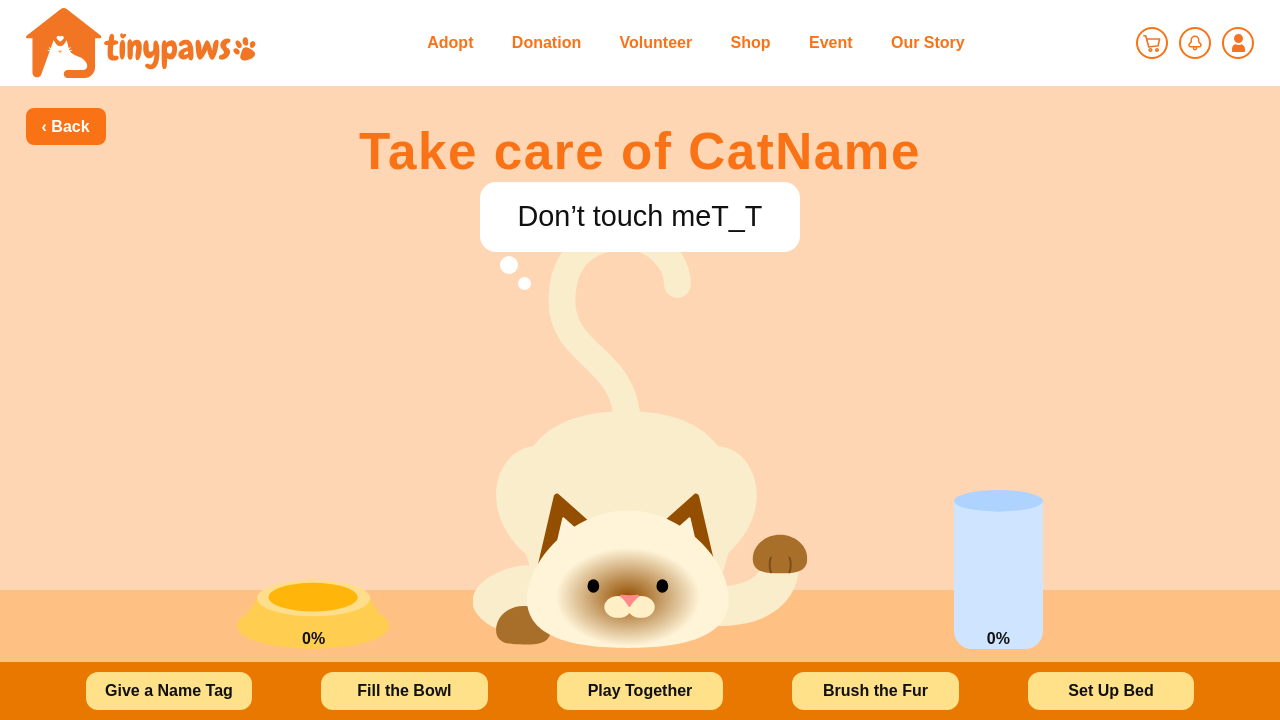
Repository: LShuyanLi/TinyPaws
Page: /, after clicking the first element matching `div > div`
These files come from the project's save history. The page is drawn as it stood at one moment and after the next save; the edit follows.
The browser window is 1280 px wide. The pictures show the whole page.
The project was rebuilt for these pictures with package versions that can differ from the ones it lists, and the page was loaded fresh each time. The framework's server and built-in components were replaced by stand-ins that run in the browser. Also part of the build but not shown: next.config.mjs.

Above is the page before, as saved 2026-05-09 23:34:46.

### app/layout.js
import { Geist, Geist_Mono } from "next/font/google";
import "./globals.css";

const geistSans = Geist({
  variable: "--font-geist-sans",
  subsets: ["latin"],
});

const geistMono = Geist_Mono({
  variable: "--font-geist-mono",
  subsets: ["latin"],
});

export const metadata = {
  title: "Create Next App",
  description: "Generated by create next app",
};

export default function RootLayout({ children }) {
  return (
    <html lang="en" className={`${geistSans.variable} ${geistMono.variable}`}>
      <body>{children}</body>
    </html>
  );
}

### app/page.js
"use client";

import { useState } from "react";

import Header from "@/components/shared/Header";
import ChooseScreen from "@/components/shuyan/ChooseScreen";
import PlayScreen from "@/components/shuyan/PlayScreen";



export default function Home() {
  const [screen, setScreen] = useState("choose");
  const [selectedCat, setSelectedCat] = useState(null);

  function goToChoose() {
    setScreen("choose");
  }

  function goToPlay(catImage) {
    setSelectedCat(catImage);
    setScreen("play");
  }

  return (
    <main
      style={{
        width: "100vw",
        height: "100vh",
        margin: 0,
        overflow: "hidden",
        fontFamily: "Arial, Helvetica, sans-serif",
        backgroundColor: "#ffd6b3",
      }}
    >
      <Header />

      {screen === "choose" && (
        <ChooseScreen goToPlay={goToPlay} />
      )}

      {screen === "play" && (
        <PlayScreen
        goToChoose={goToChoose}
        selectedCat={selectedCat} />
      )}
    </main>
  );
}

### app/globals.css
:root {
  --background: #ffffff;
  --foreground: #171717;
}

@media (prefers-color-scheme: dark) {
  :root {
    --background: #0a0a0a;
    --foreground: #ededed;
  }
}

html {
  height: 100%;
}

html,
body {
  max-width: 100vw;
  overflow-x: hidden;
}

body {
  min-height: 100%;
  display: flex;
  flex-direction: column;
  color: var(--foreground);
  background: var(--background);
  font-family: Arial, Helvetica, sans-serif;
  -webkit-font-smoothing: antialiased;
  -moz-osx-font-smoothing: grayscale;
}

* {
  box-sizing: border-box;
  padding: 0;
  margin: 0;
}

a {
  color: inherit;
  text-decoration: none;
}

@media (prefers-color-scheme: dark) {
  html {
    color-scheme: dark;
  }
}

### components/shared/Header.jsx
// Displays the decorative top navigation area with the logo, nav menu, and icons.

export default function Header() {
  return (
    <header
      style={{
        width: "100%",
        height: "12vh",
        backgroundColor: "#ffffff",
        display: "flex",
        alignItems: "center",
        justifyContent: "space-between",
        padding: "0 2vw",
        boxSizing: "border-box",
      }}
    >
      <img
        src="/Logo.svg"
        alt="TinyPaws logo"
        style={{
          width: "18vw",
          minWidth: "150px",
          maxWidth: "270px",
          height: "auto",
        }}
      />

      <nav
        style={{
          display: "flex",
          gap: "3vw",
          color: "#f97316",
          fontWeight: "700",
          fontSize: "1rem",
        }}
      >
        <span>Adopt</span>
        <span>Donation</span>
        <span>Volunteer</span>
        <span>Shop</span>
        <span>Event</span>
        <span>Our Story</span>
      </nav>

      <div
        style={{
          display: "flex",
          gap: "0.7rem",
        }}
      >
        <button style={iconButtonStyle}>
         <img src="/chart.svg" style={iconImageStyle} />
        </button>

        <button style={iconButtonStyle}>
          <img src="/bell.svg" style={iconImageStyle} />
        </button>

        <button style={iconButtonStyle}>
         <img src="/user.svg" style={iconImageStyle} />
        </button>
      </div>
    </header>
  );
}

const iconButtonStyle = {
  width: "2rem",
  height: "2rem",
  border: "2px solid #f97316",
  borderRadius: "50%",
  backgroundColor: "#ffffff",
  color: "#f97316",
  cursor: "pointer",
  display: "flex",
  alignItems: "center",
  justifyContent: "center",
};

const iconImageStyle = {
  width: "1.1rem",
  height: "1.1rem",
  objectFit: "contain",
  display: "block",
};

### components/shuyan/ChooseScreen.jsx
import PokeCatBall from "@/components/shuyan/PokeCatBall";

export default function ChooseScreen({ goToPlay }) {

    return (
        <section
        style={{
            position: "relative",
            width: "100%",
            height: "88vh",
            backgroundColor: "#ffd6b3",
        }}
        >

        <h1
            style={{
            margin: 0,
            paddingTop: "5vh",
            textAlign: "center",
            color: "#f97316",
            fontSize: "clamp(2rem, 4vw, 3.3rem)",
            fontWeight: "700",
            letterSpacing: "0.03em",
            }}
        >
            Choose Your New Little Friend
        </h1>

        <div
            style={{
            position: "relative",
            zIndex: 5,
            width: "100%",
            display: "flex",
            justifyContent: "space-around",
            alignItems: "flex-start",
            marginTop: "8vh",
            padding: "0 4vw",
            boxSizing: "border-box",
            }}
        >
            <PokeCatBall
                closeBall="/CloseBall.svg"
                openBall="/OpenBall-1.svg"
                catImage="/cat-1.svg"
                goToPlay={goToPlay} />
            <PokeCatBall
                closeBall="/CloseBall.svg"
                openBall="/OpenBall-2.svg"
                catImage="/cat-2.svg"
                goToPlay={goToPlay} />
            <PokeCatBall
                closeBall="/CloseBall.svg"
                openBall="/OpenBall-3.svg"
                catImage="/cat-3.svg"
                goToPlay={goToPlay} />
        </div>

        <div
            style={{
            position: "absolute",
            left: 0,
            bottom: "7.5vh",
            width: "100%",
            height: "10vh",
            backgroundColor: "#ffc083",
            }}
        />

        <div
            style={{
            position: "absolute",
            left: 0,
            bottom: 0,
            width: "100%",
            height: "7.5vh",
            backgroundColor: "#e97800",
            }}
        />
        </section>
    );
}

### components/shuyan/PlayScreen.jsx
// PlayScreen.jsx: Builds the main cat play screen with the background, cat area, feeding area, tools, bed, and bottom buttons.

import BackButton from "@/components/shuyan/BackButton";
import BottomActionBar from "@/components/shuyan/BottomActionBar";
import CatDisplay from "@/components/shared/CatDisplay";
import FoodBowl from "@/components/Jinwon/FoodBowl";
import WaterBottle from "@/components/Jinwon/WaterBottle";
import CatEmotion from "@/components/Jessica/CatEmotion";

export default function PlayScreen({ goToChoose, selectedCat }) {
  return (
    <section
      style={{
        position: "relative",
        width: "100%",
        height: "88vh",
        backgroundColor: "#ffd6b3",
        overflow: "hidden",
      }}
    >
      <BackButton goToChoose={goToChoose}/>

      <h1
        style={{
          margin: 0,
          paddingTop: "5vh",
          textAlign: "center",
          color: "#f97316",
          fontSize: "clamp(2rem, 4vw, 3.3rem)",
          fontWeight: "700",
          letterSpacing: "0.03em",
          position: "relative",
          zIndex: 5,
        }}
      >
        Take care of CatName
      </h1>

      {/* Light orange ground */}
      <div
        style={{
          position: "absolute",
          left: 0,
          bottom: "8vh",
          width: "100%",
          height: "10vh",
          backgroundColor: "#ffc083",
          zIndex: 1,
        }}
      />

      {/* Main play area */}
      <div
        style={{
          position: "absolute",
          left: "50%",
          bottom: "10vh",
          transform: "translateX(-50%)",
          width: "75vw",
          height: "50vh",
          zIndex: 5,
        }}
      >
        <CatEmotion />
        <FoodBowl />
        <CatDisplay selectedCat={selectedCat}/>
        <WaterBottle />
      </div>

      <BottomActionBar />
    </section>
  );
}

### components/shuyan/PokeCatBall.jsx
"use client";
// Displays one selectable pokeCAT ball and shows its cat preview on hover.

import { useState } from "react";

export default function PokeCatBall({ closeBall, openBall, goToPlay, catImage }) {

    const [isHover, setIsHover] = useState(false);

    function pokecatBall() {
        if (!isHover) {
            return closeBall;
        } else {
            return openBall;
        }
    }

    return (
        <div
            onClick={() => goToPlay(catImage)}
            onMouseEnter={() => setIsHover(true)}
            onMouseLeave={() => setIsHover(false)}
            style={{
                width: "24vw",
                maxWidth: "380px",
                minWidth: "230px",
                height: "50vh",
                display: "flex",
                alignItems: "flex-start",
                justifyContent: "center",
                cursor: "pointer"
            }}
        >
        <img
            src={pokecatBall()}
            style={{
            width: "90%",
            objectFit: "contain",
            display: "block",
            }}
        />
        </div>
    );
}

### components/shuyan/BackButton.jsx
// Displays the back button and returns the user to the cat selection screen.


export default function BackButton({ goToChoose }) {
  return (
    <button
        onClick={goToChoose}
        style={{
            position: "absolute",
            top: "3vh",
            left: "2vw",
            backgroundColor: "#f97316",
            color: "#ffffff",
            border: "none",
            borderRadius: "8px",
            padding: "0.6rem 1rem",
            fontSize: "1rem",
            fontWeight: "600",
            cursor: "pointer",
            zIndex: 10,
      }}
    >
      ‹ Back
    </button>
  );
}

### components/shuyan/BottomActionBar.jsx
"use client";

// BottomActionBar.jsx: Displays the bottom interaction buttons and shows each hover bubble.

import { useState } from "react";

export default function BottomActionBar( {
  activeButton,
  setActiveButton,
  setSelectedBed, //these three are for the bed feature
  ballSpeed,
  setBallSpeed, //these two are for the play ball feature
  featherActive,
  setFeatherActive,
}) {
  return (
    <div
      style={{
        position: "absolute",
        left: 0,
        bottom: 0,
        width: "100%",
        height: "8vh",
        backgroundColor: "#e97800",
        display: "flex",
        alignItems: "center",
        justifyContent: "space-around",
        padding: "0 4vw",
        boxSizing: "border-box",
        zIndex: 20,
      }}
    >
      {/* Name button - Elina can connect this to NameTag modal later */}
      <div style={{ position: "relative" }}>
        <button style={buttonStyle}>Give a Name Tag</button>
      </div>

      {/* Feed button - Jinwon */}
      <div
        onMouseEnter={() => setActiveButton("feed")}
        onMouseLeave={() => setActiveButton(null)}
        style={{ position: "relative" }}
      >
        {activeButton === "feed" && (
          <div style={bubbleStyle}>
            <img src="/bubble-3.svg" style={bubbleBackgroundStyle} />

            {/* dry food option - Jinwon can add onClick here */}
            <img
              src="/dryfood.svg"
              style={{
                position: "absolute",
                top: "8%",
                left: "50%",
                transform: "translateX(-50%)",
                width: "45%",
                height: "auto",
                cursor: "pointer",
              }}
            />

            {/* wet food option - Jinwon can add onClick here */}
            <img
              src="/wetfood.svg"
              style={{
                position: "absolute",
                top: "34%",
                left: "50%",
                transform: "translateX(-50%)",
                width: "45%",
                height: "auto",
                cursor: "pointer",
              }}
            />

            {/* water option - Jinwon can add onClick here */}
            <img
              src="/water.svg"
              style={{
                position: "absolute",
                top: "60%",
                left: "50%",
                transform: "translateX(-50%)",
                width: "38%",
                height: "auto",
                cursor: "pointer",
              }}
            />
          </div>
        )}

        <button style={buttonStyle}>Fill the Bowl</button>
      </div>

      {/* Play button - Jonah handles ball/feather, Elina handles hand */}
      <div
        style={{ position: "relative" }}
      >
        {activeButton === "play" && (
          <div style={bubbleStyle}>
            <img src="/bubble-3.svg" style={bubbleBackgroundStyle} />

            {/* ball option - Jonah can add onClick here */}
            <img
              src="/ball.svg"
                onClick={() => {
                setFeatherActive(false);

                setBallSpeed(prev =>
                  prev === "stop"
                    ? "slow"
                    : prev === "slow"
                    ? "fast"
                    : "stop"
                );
              }}
              style={{
                position: "absolute",
                top: "8%",
                left: "50%",
                transform: "translateX(-50%)",
                width: "42%",
                height: "auto",
                cursor: "pointer",
                opacity: ballSpeed === "stop" ? 0.5 : 1
              }}
            />

            {/* feather option - Jonah can add onClick here */}
            <img
              src="/feather.svg"
              onClick={() => {
                setBallSpeed("stop");
                setFeatherActive(prev => !prev);
              }}
              style={{
                position: "absolute",
                top: "30%",
                left: "50%",
                transform: "translateX(-50%)",
                width: "55%",
                height: "auto",
                cursor: "pointer",
              }}
            />

            {/* hand option - Elina can add onClick here */}
            <img
              src="/hand.svg"
              style={{
                position: "absolute",
                top: "55%",
                left: "50%",
                transform: "translateX(-50%)",
                width: "42%",
                height: "auto",
                cursor: "pointer",
              }}
            />
          </div>
        )}

        <button
          style={buttonStyle}
          onClick={() =>
            setActiveButton(activeButton === "play" ? null : "play")
          }
        >Play Together</button>
      </div>

      {/* Brush button - Elina */}
      <div
        onMouseEnter={() => setActiveButton("brush")}
        onMouseLeave={() => setActiveButton(null)}
        style={{ position: "relative" }}
      >
        {activeButton === "brush" && (
          <div style={bubbleStyle}>
            <img src="/bubble-1.svg" style={bubbleBackgroundStyle} />

            {/* brush option - Elina can add onClick here */}
            <img
              src="/brush.svg"
              style={{
                position: "absolute",
                top: "22%",
                left: "50%",
                transform: "translateX(-50%)",
                width: "55%",
                height: "auto",
                cursor: "pointer",
              }}
            />
          </div>
        )}

        <button style={buttonStyle}>Brush the Fur</button>
      </div>

      {/* Bed button - Jonah */}
      <div
        style={{ position: "relative" }}
      >
        {activeButton === "bed" && (
          <div style={bubbleStyle}>
            <img src="/bubble-2.svg" style={bubbleBackgroundStyle} />

            {/* yellow bed option - Jonah can add onClick here */}
            <img
              src="/bed-1.svg"
              onClick={() => {
                setSelectedBed(prev =>
                  prev === "yellow" ? null : "yellow"
                );
              }}
              style={{
                position: "absolute",
                top: "12%",
                left: "50%",
                transform: "translateX(-50%)",
                width: "55%",
                height: "auto",
                cursor: "pointer",
              }}
            />

            {/* green bed option - Jonah can add onClick here */}
            <img
              src="/bed-2.png"
              onClick={() => {
                setSelectedBed(prev =>
                  prev === "green" ? null : "green"
                );
              }}
              style={{
                position: "absolute",
                top: "48%",
                left: "50%",
                transform: "translateX(-50%)",
                width: "55%",
                height: "auto",
                cursor: "pointer",
              }}
            />
          </div>
        )}

        <button
          style={buttonStyle}
          onClick={() =>
            setActiveButton(activeButton === "bed" ? null : "bed")
          }
        >Set Up Bed</button>
      </div>
    </div>
  );
}

const buttonStyle = {
  width: "13vw",
  minWidth: "150px",
  maxWidth: "200px",
  height: "2.4rem",
  border: "none",
  borderRadius: "12px",
  backgroundColor: "#ffe18a",
  color: "#111111",
  fontSize: "1rem",
  fontWeight: "600",
  cursor: "pointer",
};

const bubbleStyle = {
  position: "absolute",
  left: "50%",
  bottom: "3.4rem",
  transform: "translateX(-50%)",
  width: "7vw",
  minWidth: "95px",
  maxWidth: "140px",
  zIndex: 40,
};

const bubbleBackgroundStyle = {
  width: "100%",
  height: "auto",
  display: "block",
};

### components/shared/CatDisplay.jsx
// CatDisplay.jsx: Displays the selected cat image on the play screen.

export default function CatDisplay({
  selectedBed,
  ballSpeed,
  featherActive,
}) {
  let catImage = "/cat-1.svg";

  let catStyle = {
    width: "100%",
    height: "100%",
    objectFit: "contain",
    position: "absolute",
    bottom: "0px",
  };

  if (featherActive) {
    catImage = "/catreach-1.svg";

    catStyle = {
      ...catStyle,
      width: "300%",
      left: "-250px"
    }

  } else if (ballSpeed !== "stop") {
    catImage = "/catcrouch-1.svg";
  }

  return (
    <div
      style={{
        position: "absolute",
        left: "50%",
        bottom: "0",
        transform: "translateX(-50%)",
        zIndex: 1,
      }}
    >
      {selectedBed === "yellow" && (
        <img
          src="/yellow-bed.svg"
          style={{
            position: "absolute",
            bottom: "-130px",
            left: "50%",
            transform: "translateX(-50%)",
            width: "30vw",
            minWidth: "200px",
            zIndex: 0,
          }}
        />
      )}

      {selectedBed === "green" && (
        <img
          src="/green-bed.svg"
          style={{
            position: "absolute",
            bottom: "-130px",
            left: "50%",
            transform: "translateX(-50%)",
            width: "30vw",
            minWidth: "200px",
            zIndex: 0,
          }}
        />
      )}
      <div
        style={{
          width: "425px",
          height: "425px",
          position: "relative",
        }}
      >
        <img
          src={catImage}
          style={catStyle}
        />
      </div>
    </div>
  );
}

### components/Jinwon/FoodBowl.jsx
// FoodBowl.jsx: Displays the bowl and shows dry or wet food when the bowl is clicked.

export default function FoodBowl({ bowlType }) {
  const isBowlFilled = bowlType === "dry" || bowlType === "wet";
  const fillImage = bowlType === "wet" ? "/wetfood.svg" : "/dryfood.svg";

  return (
    <div
      style={{
        position: "absolute",
        left: "8%",
        bottom: "0",
        zIndex: 10,
        textAlign: "center",
      }}
    >
      <img
        src="/bowl.svg"
        style={{
          width: "12vw",
          minWidth: "120px",
          maxWidth: "190px",
          height: "auto",
          display: "block",
        }}
      />

      {isBowlFilled && (
        <img
          src={fillImage}
          style={{
            position: "absolute",
            left: "50%",
            bottom: "22px",
            transform: "translateX(-50%)",
            width: "50%",
            height: "auto",
          }}
        />
      )}

      <p
        style={{
          margin: "-1.2rem 0 0",
          color: "#111111",
          fontSize: "1rem",
          fontWeight: "700",
        }}
      >
        {isBowlFilled ? "100%" : "0%"}
      </p>
    </div>
  );
}

### components/Jinwon/WaterBottle.jsx
// WaterBottle.jsx: Displays the water bottle and shows water level when the bottle is clicked.

export default function WaterBottle({ hasWater }) {
  const isBottleFilled = hasWater;

  return (
    <div
      style={{
        position: "absolute",
        right: "8%",
        bottom: "0",
        zIndex: 10,
        textAlign: "center",
      }}
    >
      <img
        src="/water-bottle.svg"
        style={{
          width: "7vw",
          minWidth: "80px",
          maxWidth: "130px",
          height: "auto",
          display: "block",
        }}
      />

      {isBottleFilled && (
        <img
          src="/water.svg"
          style={{
            position: "absolute",
            left: "50%",
            bottom: "22px",
            transform: "translateX(-50%)",
            width: "44%",
            height: "auto",
          }}
        />
      )}

      <p
        style={{
          margin: "-1.2rem 0 0",
          color: "#111111",
          fontSize: "1rem",
          fontWeight: "700",
        }}
      >
        {isBottleFilled ? "100%" : "0%"}
      </p>
    </div>
  );
}

### components/Jessica/CatEmotion.jsx
// CatEmotion.jsx: Displays the cat’s emotion emoji and thought bubble based on interaction results.

export default function CatEmotion() {
  return (
    <div
      style={{
        position: "absolute",
        left: "50%",
        bottom: "55vh",
        transform: "translateX(-50%)",
        zIndex: 30,
      }}
    >
      {/* Thought bubble box */}
      <div
        style={{
          position: "relative",
          width: "320px",
          minHeight: "70px",
          backgroundColor: "#ffffff",
          borderRadius: "16px",
          display: "flex",
          alignItems: "center",
          justifyContent: "center",
          padding: "0 1.5rem",
          boxSizing: "border-box",
          color: "#111111",
          fontSize: "1.8rem",
          fontWeight: "400",
        }}
      >
        Don’t touch meT_T
      </div>

      {/* Small bubble dots */}
      <div
        style={{
          position: "absolute",
          left: "20px",
          bottom: "-22px",
          width: "18px",
          height: "18px",
          backgroundColor: "#ffffff",
          borderRadius: "50%",
        }}
      />

      <div
        style={{
          position: "absolute",
          left: "38px",
          bottom: "-38px",
          width: "13px",
          height: "13px",
          backgroundColor: "#ffffff",
          borderRadius: "50%",
        }}
      />
    </div>
  );
}

After the next save:
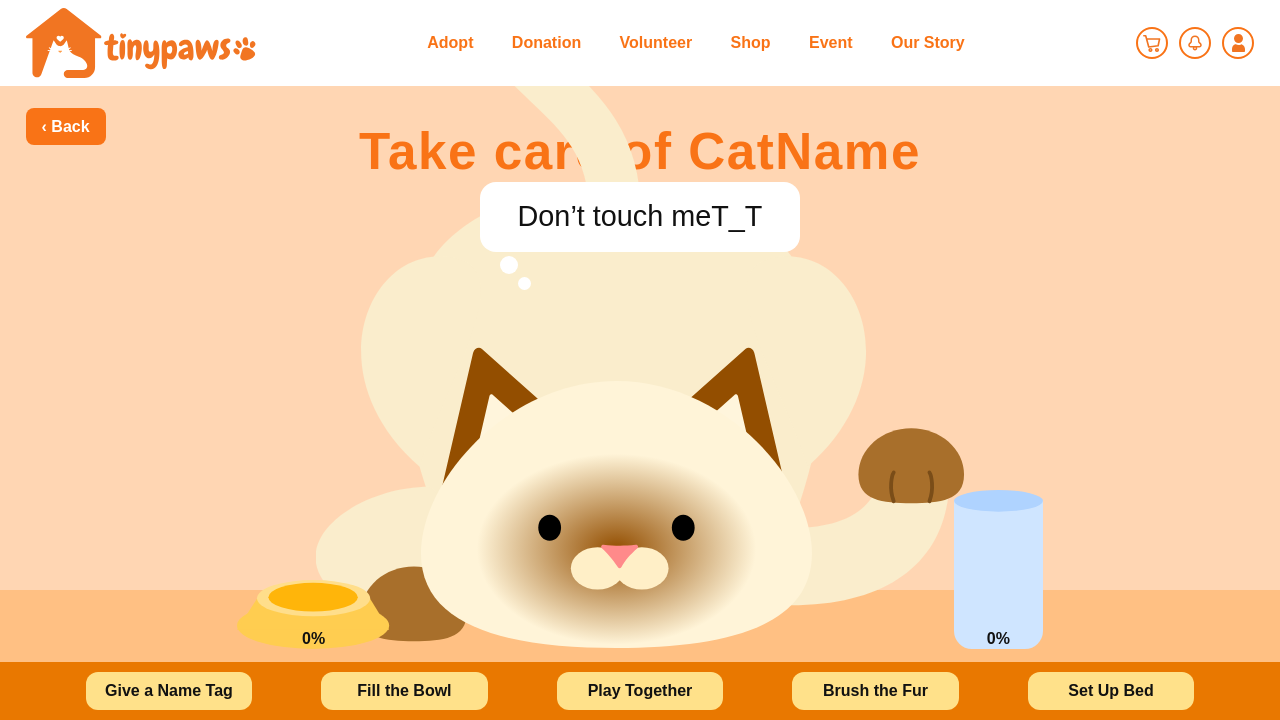
Saved 2 min 40 s later.
--- a/components/shared/CatDisplay.jsx
+++ b/components/shared/CatDisplay.jsx
@@ -21,7 +21,6 @@ export default function CatDisplay({
     catStyle = {
       ...catStyle,
       width: "300%",
-      left: "-250px"
     }
 
   } else if (ballSpeed !== "stop") {
@@ -69,8 +68,8 @@ export default function CatDisplay({
       )}
       <div
         style={{
-          width: "425px",
-          height: "425px",
+          width: "825px",
+          height: "825px",
           position: "relative",
         }}
       >
